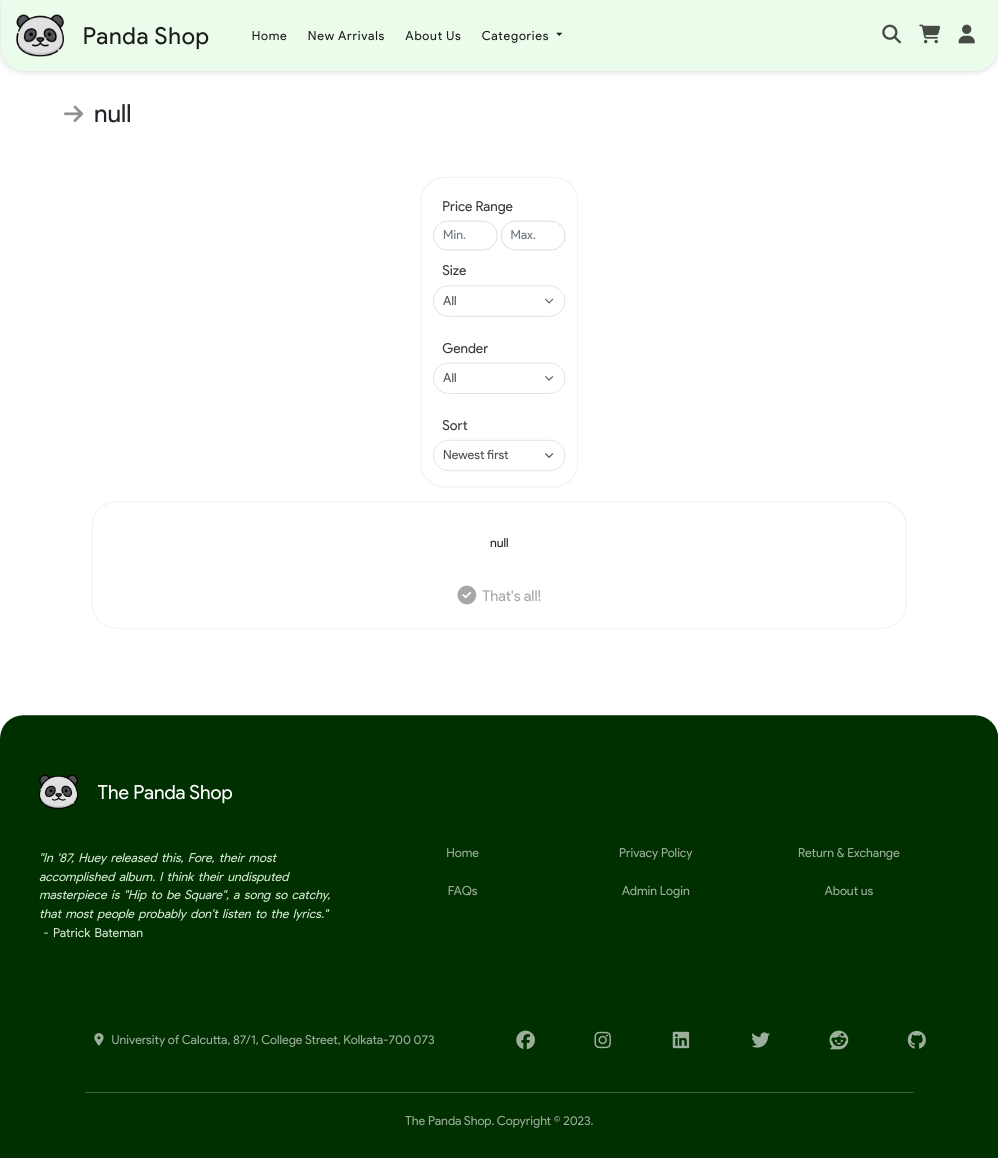
Repository: Anindyait/Panda-web-project
Page: http://localhost/Project1/productList.jsp
An editor plug-in stored every save of this project. The page is shown before and after the next save, followed by the edit.
The browser window is 1280 px wide. The pictures show the whole page, at 78% of full size.
Some web fonts or font styles are not loaded; a fallback is used. Some web libraries are served in a nearby version. The page is served by Tomcat 9. Other server files are loaded and not shown. The template is opened directly, without the code that normally fills it, so the values that code supplies are empty.

Above is the page before, as saved 2023-01-12 16:27:28.
Console error: TypeError: $(...).dropdown is not a function

### Project1/src/main/webapp/productList.jsp
<!doctype html>
<html lang="en">
<head>
    <meta charset="ISO-8859-1">
    <meta http-equiv="Expires" CONTENT="0">
    <meta http-equiv="Cache-Control" CONTENT="no-cache">
    <meta http-equiv="Pragma" CONTENT="no-cache">
	<script>
        if(performance.navigation.type == 2){
            location.reload(true);
         }
    </script>
    <script src="https://code.jquery.com/jquery-3.3.1.js"
			integrity="sha256-2Kok7MbOyxpgUVvAk/HJ2jigOSYS2auK4Pfzbm7uH60="
			crossorigin="anonymous">
	</script>



    <link href="https://cdn.jsdelivr.net/npm/bootstrap@5.2.3/dist/css/bootstrap.min.css" rel="stylesheet" integrity="sha384-rbsA2VBKQhggwzxH7pPCaAqO46MgnOM80zW1RWuH61DGLwZJEdK2Kadq2F9CUG65" crossorigin="anonymous">

	<script>
		$(document).on("scroll", function() {
			var pageTop = $(document).scrollTop();
			var pageBottom = pageTop + $(window).height();
			var tags = $(".tag");

			for (var i = 0; i < tags.length; i++) {
			  var tag = tags[i];
			  if ($(tag).position().top < pageBottom) {
				$(tag).addClass("visible");
			  } else {
				$(tag).removeClass("visible");
			  }
			}
		  });
	</script>
    <script src="https://kit.fontawesome.com/13deb536c6.js" crossorigin="anonymous"></script>

	<meta name="viewport" content="width=device-width, initial-scale=1">
    <title>Product List</title>
    <link rel="icon" href="Pics/panda.png">

    <script>

        var parameter = "<%= request.getAttribute("param")%>"

        var prices = document.getElementsByClassName("list-price");
        var products = document.getElementsByClassName("list-padding");


        function filter(){
            var selected_gender = document.getElementById("gender_filter");
            var selected_size = document.getElementById("size_filter");
            var lp = document.getElementById("lower_price");
            var up = document.getElementById("upper_price");
            for (var i = 0; i < prices.length; i++)
            {

                if(Number(up.value) < Number(lp.value)){
                    up.value = lp.value+"00";
                }



                if (((up.value!="" || lp.value!="") && Number(prices[i].innerHTML.slice(1,-14)) > Number(up.value)) || Number(prices[i].innerHTML.slice(1,-14)) < Number(lp.value) ||!products[i].dataset.sizes.includes(selected_size.value) || !products[i].dataset.genders.includes(selected_gender.value))
                {

                    products[i].style.display="none";
                }
                else {
                    products[i].style.display="block";
                }

        }
    }

    function param()
    {
        var selected_gender = document.getElementById("gender_filter");
        console.log(parameter);

        if(parameter == "Male")
        {
            console.log("It is Male");
            selected_gender.value = ",Male,";
            selected_gender.dispatchEvent(new Event("change"));
        }
        if(parameter == "Female")
        {
            console.log("It is Female");
            selected_gender.value = ",Female,";
            selected_gender.dispatchEvent(new Event("change"));
        }
        else
        {
            console.log("All");

        }

    }


    </script>

    <script>

        function sort_js()
        {
            var divList = $(".list-padding");
            var option = document.getElementById("sort");

            if(option.value == "PriceLowToHigh")
            {
                divList.sort(function(a, b){ return $(a).data("price")-$(b).data("price")});
                $("#product-holder").html(divList);
            }
            else if(option.value == "PriceHighToLow")
            {
                divList.sort(function(a, b){ return $(b).data("price")-$(a).data("price")});
                $("#product-holder").html(divList);
            }
            else if(option.value == "NewestFirst")
            {
                divList.sort(function(a, b){ return $(b).data("pid").slice(1)-$(a).data("pid").slice(1)});
                $("#product-holder").html(divList);
            }
            else if(option.value == "OldestFirst")
            {
                divList.sort(function(a, b){ return $(a).data("pid").slice(1)-$(b).data("pid").slice(1)});
                $("#product-holder").html(divList);
            }
        }

    </script>

    <script>
		$(function () {
			$("#header").load("header.jsp");
			$("#footer").load("footer.html");
		});
	</script>

    <link rel="stylesheet" href="Bootstrap/CSS/style1.css">



</head>
<body onload="param()">

    <script src="https://cdn.jsdelivr.net/npm/bootstrap@5.2.3/dist/js/bootstrap.bundle.min.js" integrity="sha384-kenU1KFdBIe4zVF0s0G1M5b4hcpxyD9F7jL+jjXkk+Q2h455rYXK/7HAuoJl+0I4" crossorigin="anonymous"></script>

    <div class="font">
    <div class="container-fluid">
        <div id="header"></div>
   	    <div class="header-adjustment"></div>
           <div class="product-category"><i class="fa-solid fa-arrow-right fa-sm"></i>&nbsp&nbsp<%= request.getAttribute("category_name")%></div>
           <br>
           <br>


        <div class="row justify-content-center">
            <div class="col" style="margin-bottom: 20px;">
                <div class="filters">
                    <h6>Price Range</h6>


                            <input name="lower_price" type = "number" class = "form-control"  id = "lower_price" min="100" placeholder="Min." onchange = "filter()" required/>

                            <input name="upper_price" type = "number" class = "form-control"  id = "upper_price" min="100" placeholder="Max." onchange = "filter()" required/>

                    <br>

                    <h6>Size</h6>
                    <select id ="size_filter" class="form-select" name = "size_filter" onchange = "filter()" required>
                        <option selected value="">All</option>
                        <option value=",XS,">XS</option>
                        <option value=",S,">S</option>
                        <option value=",M,">M</option>
                        <option value=",L,">L</option>
                        <option value=",XL,">XL</option>
                        <option value=",34,">34</option>
                        <option value=",35,">35</option>
                        <option value=",36,">36</option>
                        <option value=",37,">37</option>
                        <option value=",38,">38</option>
                        <option value=",39,">39</option>
                        <option value=",40,">40</option>
                        <option value=",41,">41</option>
                        <option value=",42,">42</option>
                        <option value=",43,">43</option>
                        <option value=",44,">44</option>
                        <option value=",45,">45</option>
                    </select>



                    <br>

                    <h6>Gender</h6>
                        <select id ="gender_filter" class="form-select" name = "gender" onchange = "filter()"  onload = "param()" required>
                            <option selected value="">All</option>
                            <option value=",Male,">Male</option>
                            <option value=",Female,">Female</option>
                        </select>



                        <br>
                        <h6>Sort</h6>
                        <select id ="sort" class="form-select" name = "sort" onchange = "sort_js()" required>
                            <option value="PriceLowToHigh">Price: Low to High</option>
                            <option value="PriceHighToLow">Price: High to Low</option>
                            <option value="NewestFirst" selected>Newest first</option>
                            <option value="OldestFirst">Oldest first</option>
                        </select>


                </div>
            </div>


            <div class="col-10">
                <div class="card-container">

                    <div class="row justify-content-center" id="product-holder">

                        <%= request.getAttribute("product_cards")%>

                        <br>
                        <br>

                        <h4 style="padding-top:20px;"> <i class="fa-solid fa-circle-check fa-lg"></i>&nbsp&nbspThat's all!</h4>

                    </div>
                </div>
            </div>
        </div>


    </div>
    </div>

<div id="footer"></div>
</body>
</html>

### Project1/src/main/webapp/footer.html
<!doctype html>
<html lang="en">
<head>
    <meta charset="ISO-8859-1">
    <script src="https://code.jquery.com/jquery-3.3.1.js"
			integrity="sha256-2Kok7MbOyxpgUVvAk/HJ2jigOSYS2auK4Pfzbm7uH60="
			crossorigin="anonymous">
	</script>



    <link href="https://cdn.jsdelivr.net/npm/bootstrap@5.2.3/dist/css/bootstrap.min.css" rel="stylesheet" integrity="sha384-rbsA2VBKQhggwzxH7pPCaAqO46MgnOM80zW1RWuH61DGLwZJEdK2Kadq2F9CUG65" crossorigin="anonymous">
    <link rel="stylesheet" href="Bootstrap/CSS/style1.css">

	<script>
		$(document).on("scroll", function() {
			var pageTop = $(document).scrollTop();
			var pageBottom = pageTop + $(window).height();
			var tags = $(".tag");

			for (var i = 0; i < tags.length; i++) {
			  var tag = tags[i];
			  if ($(tag).position().top < pageBottom) {
				$(tag).addClass("visible");
			  } else {
				$(tag).removeClass("visible");
			  }
			}
		  });
	</script>
	<script src="https://kit.fontawesome.com/13deb536c6.js" crossorigin="anonymous"></script>

	<meta name="viewport" content="width=device-width, initial-scale=1">
    <title>Footer</title>
    <link rel="icon" href="Pics/panda.png">

</head>
<body>


    <script src="https://cdn.jsdelivr.net/npm/bootstrap@5.2.3/dist/js/bootstrap.bundle.min.js" integrity="sha384-kenU1KFdBIe4zVF0s0G1M5b4hcpxyD9F7jL+jjXkk+Q2h455rYXK/7HAuoJl+0I4" crossorigin="anonymous"></script>
    <div class="font">
		<div class="container-fluid">
		<div class="header-adjustment"></div>

                    <div class = "bottom">
                        <br>
                        <br>
                        <div class="row">
                            <div class="col-sm-4">
                                <div class="row justify-content-center" style="width:340px;">
                                    <div class="col-sm-3 align-self-center">
                                        <img src="Pics/panda.png" width="50px">
                                    </div>
                                    <div class="col align-self-center">
                                        <div class="footer-title">The Panda Shop</div>
                                    </div>
                                </div>
                                <br>
                                <br>
                                <div class="footer-quote">
                                    <p><i>"In '87, Huey released this, Fore, their most accomplished album. I think their undisputed masterpiece is "Hip to be Square", a song so catchy, that most people probably don't listen to the lyrics."</i><br>&nbsp- Patrick Bateman</p>
                                </div>
                            </div>
							<br>
                                    <br>
                            <div class="col text-center">
                                <div class="footer-link-container">
                                <br>
                                <br>
                                <br>
                                    <div class="row">

                                            <div class="col">
                                                <a class="footer-link" href="Index.html">Home</a>
                                            </div>
                                            <div class="col">
                                                <a class="footer-link" href="privacy.html">Privacy Policy</a>
                                            </div>
                                            <div class="col">
                                                <a class="footer-link" href="returnExchange.html">Return & Exchange</a>
                                            </div>
                                        </div>
                                        <br>
                                        <div class="row">

                                            <div class="col">
                                                <a class="footer-link" href="FAQ.html">FAQs</a>
                                            </div>
                                            <div class="col">
                                                <a class="footer-link" href="AdminProfile">Admin Login</a>
                                            </div>
                                            <div class="col">
                                                <a class="footer-link" href="aboutUs.html">About us</a>
                                            </div>
                                        </div>
                                    </div>

                                </div>
                            </div>
                            <br>
                            <br>
                            <div class="reach">
                                <div class="row">
                                    <div class="col-6 text-center">
                                        <a href="https://goo.gl/maps/UU8aR5CVvAbPPu5x6" target="_blank" class="footer-link">
                                            <i class="fa-solid fa-location-dot" ></i>

                                            &nbsp;&nbsp;University of Calcutta, 87/1, College Street, Kolkata-700 073
                                        </a>
                                    </div>


                                    <div class="col-1">
                                        <a href="https://www.facebook.com/ipandacom" class="footer-link" target="_blank" title="Anindya - UI, js, user login and some other servlets">
                                            <i class="fa-brands fa-facebook fa-xl social" target="_blank"></i>
                                        </a>
                                    </div>
                                    <div class="col-1">
                                        <a href="https://www.instagram.com/pandathemepage/" class="footer-link" target="_blank" title="Priyanka - DB, admin login and rest of the servlets, 60 products">
                                            <i class="fa-brands fa-instagram fa-xl social"></i>
                                        </a>
                                    </div>
                                     <div class="col-1">
                                        <a href="https://www.linkedin.com/in/williamhgates/" class="footer-link" target="_blank" title="Puspendu - remaining 30 products">
                                            <i class="fa-brands fa-linkedin fa-xl social"></i>
                                        </a>
                                    </div>
                                    <div class="col-1">

                                        <a href="https://twitter.com/panda" class="footer-link" target="_blank" title="Anik - all the posters">
                                            <i class="fa-brands fa-twitter fa-xl social"></i>
                                        </a>
                                    </div>
                                    <div class="col-1">

                                        <a href="https://www.reddit.com/r/panda/" class="footer-link" target="_blank" title="Rikathi-...">
                                            <i class="fa-brands fa-reddit fa-xl social"></i>
                                        </a>
                                    </div>
                                    <div class="col-1">

                                        <a href="https://github.com/Anindyait/Panda-web-project" class="footer-link" target="_blank">
                                            <i class="fa-brands fa-github fa-xl social"></i>
                                        </a>


                                    </div>
                                </div>

                            </div>
                            <br>
                            <hr style="background-color:rgb(255, 255, 255); width:90%;margin: 0 auto">
                            <br>
                            <p style="text-align: center; opacity:60%;">The Panda Shop. Copyright &copy; 2023.</p>
                        </div>
                    </div>

                </div>

</body>

</html>

Loaded but not shown: Project1/src/main/webapp/addToCart.js (82 lines, source omitted); Project1/src/main/webapp/Bootstrap/CSS/style1.css (1772 lines, source omitted); Project1/src/main/java/pkg/Cart.java (324 lines, source omitted); Project1/src/main/webapp/header.jsp (245 lines, source omitted)

After the next save:
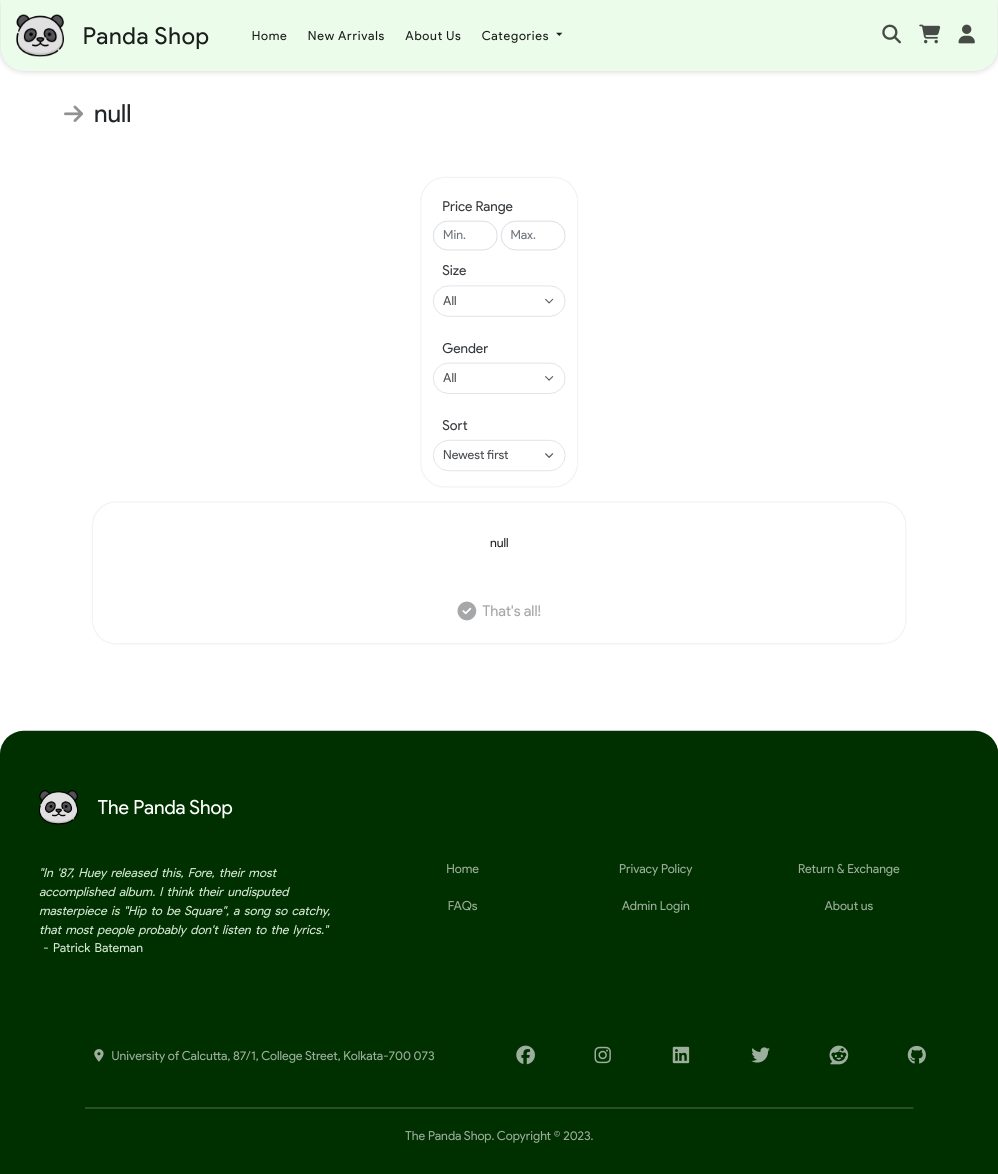
Saved 44 s later.
--- a/Project1/src/main/webapp/productList.jsp
+++ b/Project1/src/main/webapp/productList.jsp
@@ -230,7 +230,7 @@
                         <br>
                         <br>
 
-                        <h4 style="padding-top:20px;"> <i class="fa-solid fa-circle-check fa-lg"></i>&nbsp&nbspThat's all!</h4>
+                        <h4 style="padding-top:40px;"> <i class="fa-solid fa-circle-check fa-lg"></i>&nbsp&nbspThat's all!</h4>
 
                     </div>
                 </div>
